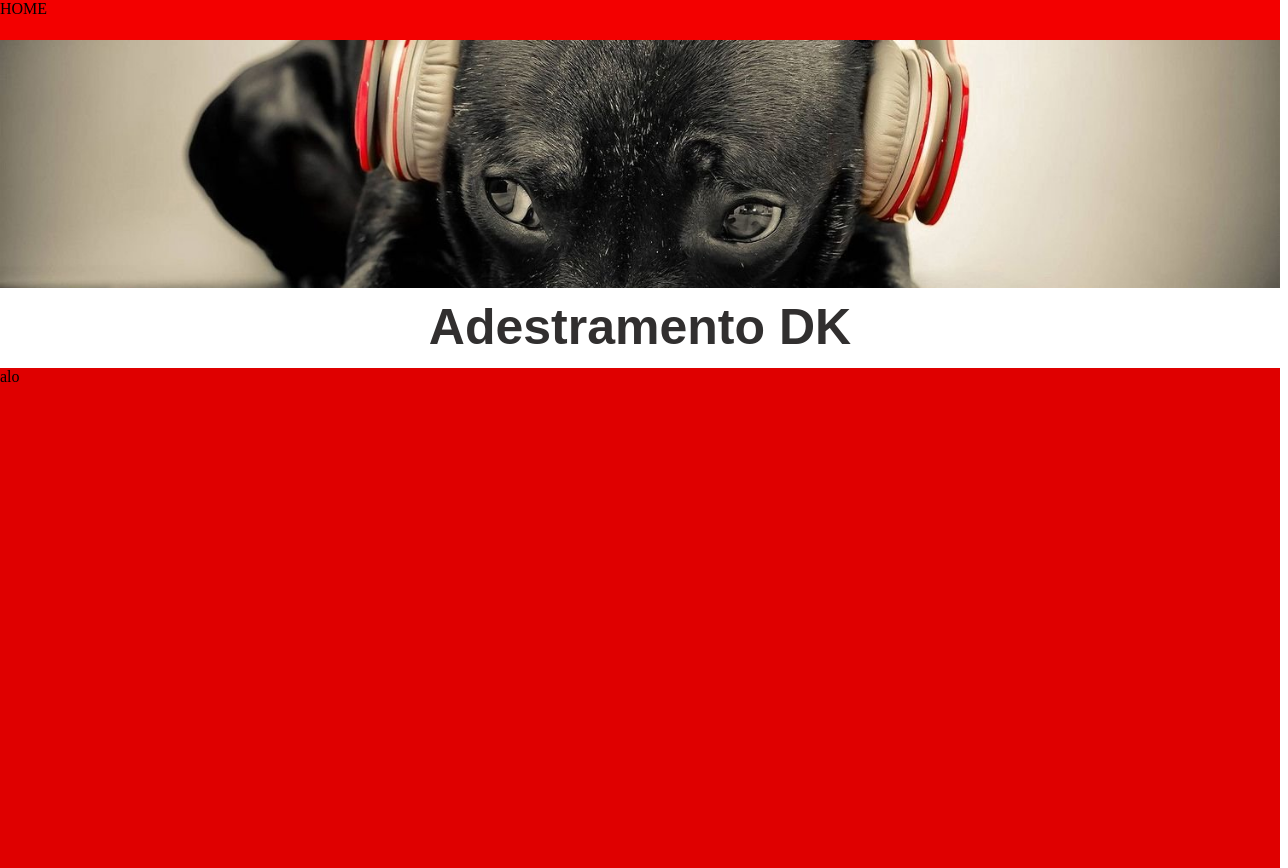
Repository: KevynMarques/Blog-React-StyledComponent
Page: /
An editor plug-in stored every save of this project. The page is shown before and after the next save, followed by the edit.
The browser window is 1280 px wide. The page is 1280 px wide, then 1288 px, then 1280 px, so the pictures cover 1288 px, including what lies to the right of the window. The pictures show the whole page.
The project was rebuilt for these pictures with package versions that can differ from the ones it lists, and the page was loaded fresh each time.

Above is the page before, as saved 2022-01-28 12:47:51.

### src/App.js
import Header from './Components/Header/index'
import Home from './Components/Home';
import Sobre from './Components/Sobre';

import { GlobalStyle } from './GlobalStyle';

function App() {
  return (
    <>
    <GlobalStyle/>
    <Home />
    <Header />
    <Sobre />
    </>
  );
}

export default App;

### src/Components/Header/index.jsx
import { Baner } from "./style";
import Dog from './Image/Dog.png'

export default () => {

  return (

    <>
      <Baner>
       <img src={Dog} />
     </Baner>
    </>

  );

}

### src/Components/Home/index.jsx
import { Home } from "./Style"

export default () => {
  return (

    <Home>
      HOME
    </Home>
  );
}

### src/Components/Sobre/index.jsx
import { Sobre, Tittle } from "./style"

export default () => {
  return (
<>
  <Tittle> Adestramento DK </Tittle>
  <Sobre>
    <div>alo</div>
  </Sobre>
</>

  );
}

### src/GlobalStyle.js
import { createGlobalStyle } from 'styled-components';

 export const GlobalStyle = createGlobalStyle`
  * {
    margin: 0;
    padding: 0;
    box-sizing: border-box;
  }
`;

### src/Components/Header/style.jsx
import styled from "styled-components";

export const Baner= styled.div `
  width: 100vw;
  height: 40vh;


    img {
    width: 100%;
    height: 100%;
    object-fit: cover;

    }
`;

### src/Components/Home/Style.jsx
import styled from "styled-components";


export const  Home  = styled.div `
     width: 100vw;
     height: 40px;
     background-color: #f30000;
     position: fixed;
     z-index: 99999;

`;

### src/Components/Sobre/style.jsx
import styled from "styled-components";


export const Tittle = styled.h1`
@import url('https://fonts.googleapis.com/css2?family=Prompt:ital,wght@1,300&display=swap');

color: #312f2f;
font-size: 50px;
font-family: 'Prompt', sans-serif;
text-align: center;
height: 40px;
margin-top: 10px;
`;

export const  Sobre  = styled.div `
  margin-top: 30px;
  width: 100%;
  height: 500px;
  background-color: #df0000;

`;

Loaded but not shown: public/index.html (common file); src/index.js (common file)

After the next save:
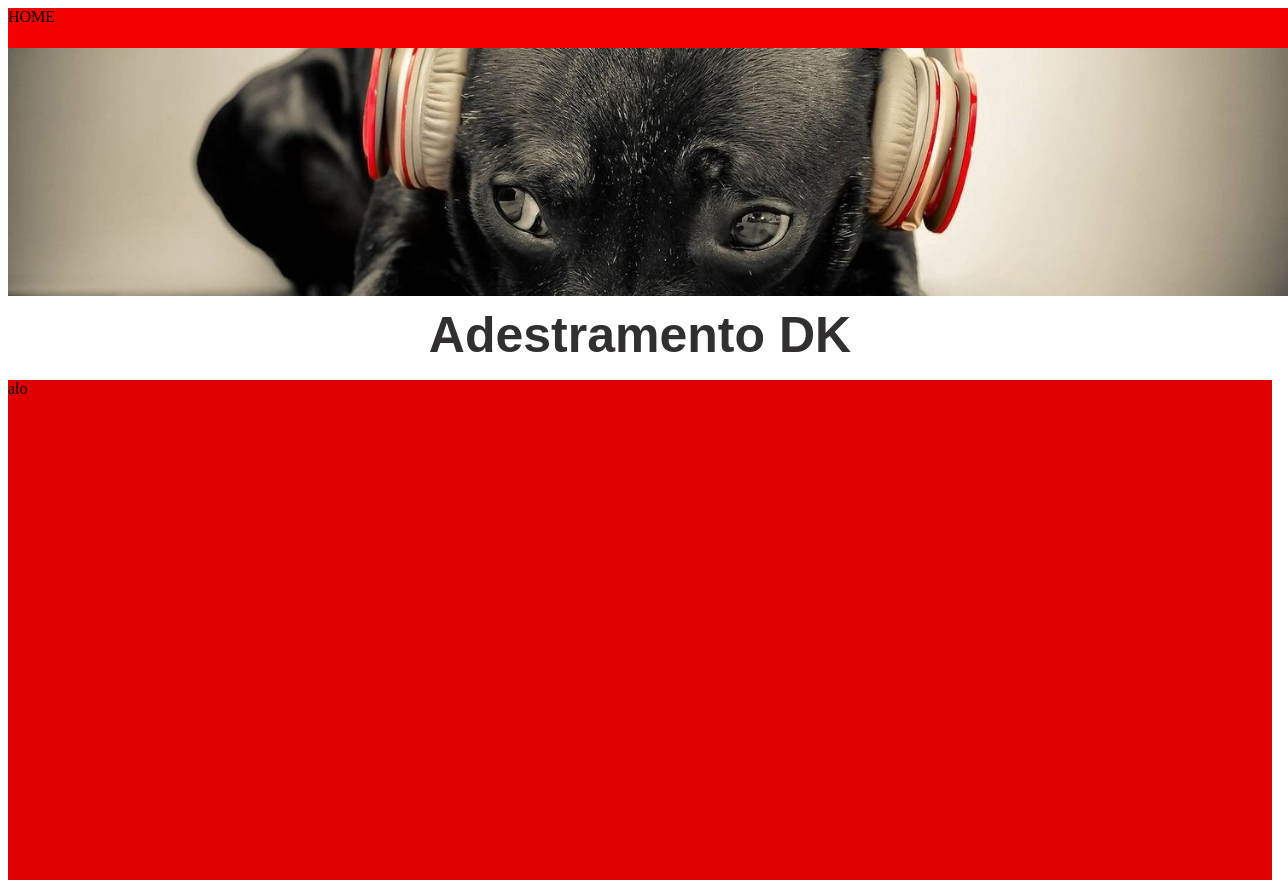
Saved 18 s later.
--- a/src/GlobalStyle.js
+++ b/src/GlobalStyle.js
@@ -2,8 +2,6 @@ import { createGlobalStyle } from 'styled-components';
 
  export const GlobalStyle = createGlobalStyle`
   * {
-    margin: 0;
-    padding: 0;
-    box-sizing: border-box;
+
   }
 `;

After the save that followed:
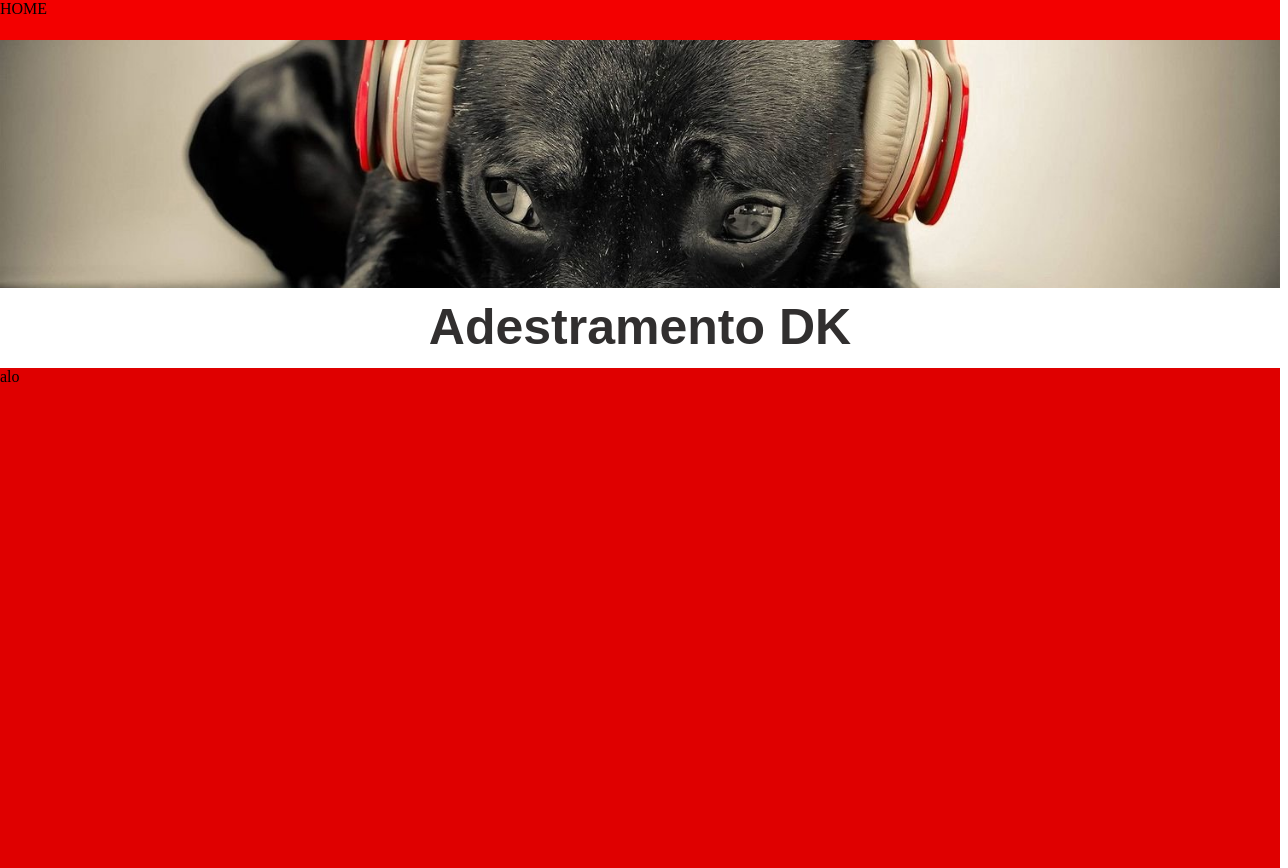
Saved 6 s later.
--- a/src/GlobalStyle.js
+++ b/src/GlobalStyle.js
@@ -2,6 +2,8 @@ import { createGlobalStyle } from 'styled-components';
 
  export const GlobalStyle = createGlobalStyle`
   * {
-
+    margin: 0;
+    padding: 0;
+    box-sizing: border-box;
   }
 `;
